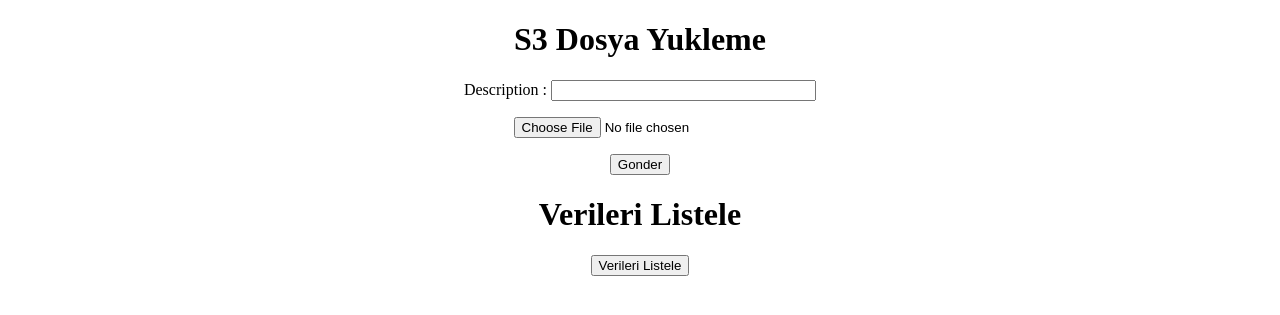
Repository: erengthb/AWS-Java-Servlet-Project
Page: http://localhost/Proje/
An editor plug-in stored every save of this project. The page is shown before and after the next save, followed by the edit.
The browser window is 1280 px wide. The pictures show the whole page.
The page is served by Tomcat 9.

Above is the page before, as saved 2022-04-17 13:02:44.

After the next save:
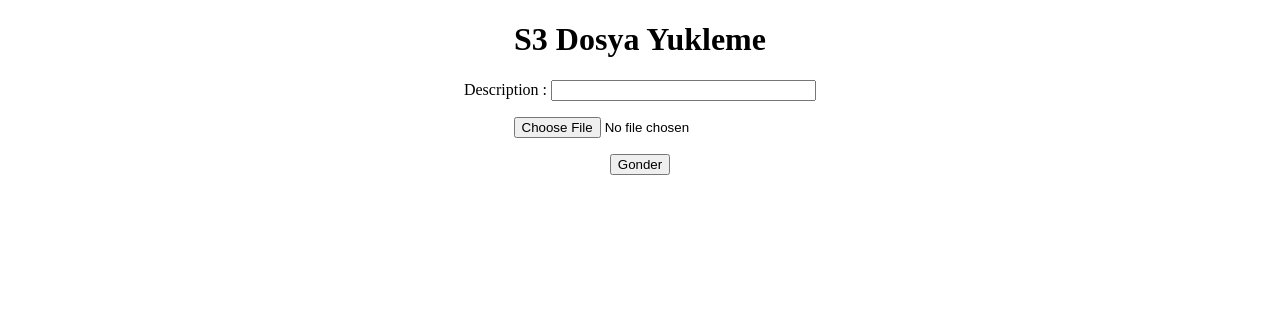
Saved 51 s later.
--- a/Proje/src/main/webapp/upload.jsp
+++ b/Proje/src/main/webapp/upload.jsp
@@ -20,12 +20,6 @@
 
 
 </form>
-<div><h1>Verileri Listele</h1></div>
-<form action ="list" method = "get" enctype = "multipart/form-data">
-
-
-
-<p> <button type= "listFile" >Verileri Listele</button> </p>
 
 
 </form>
